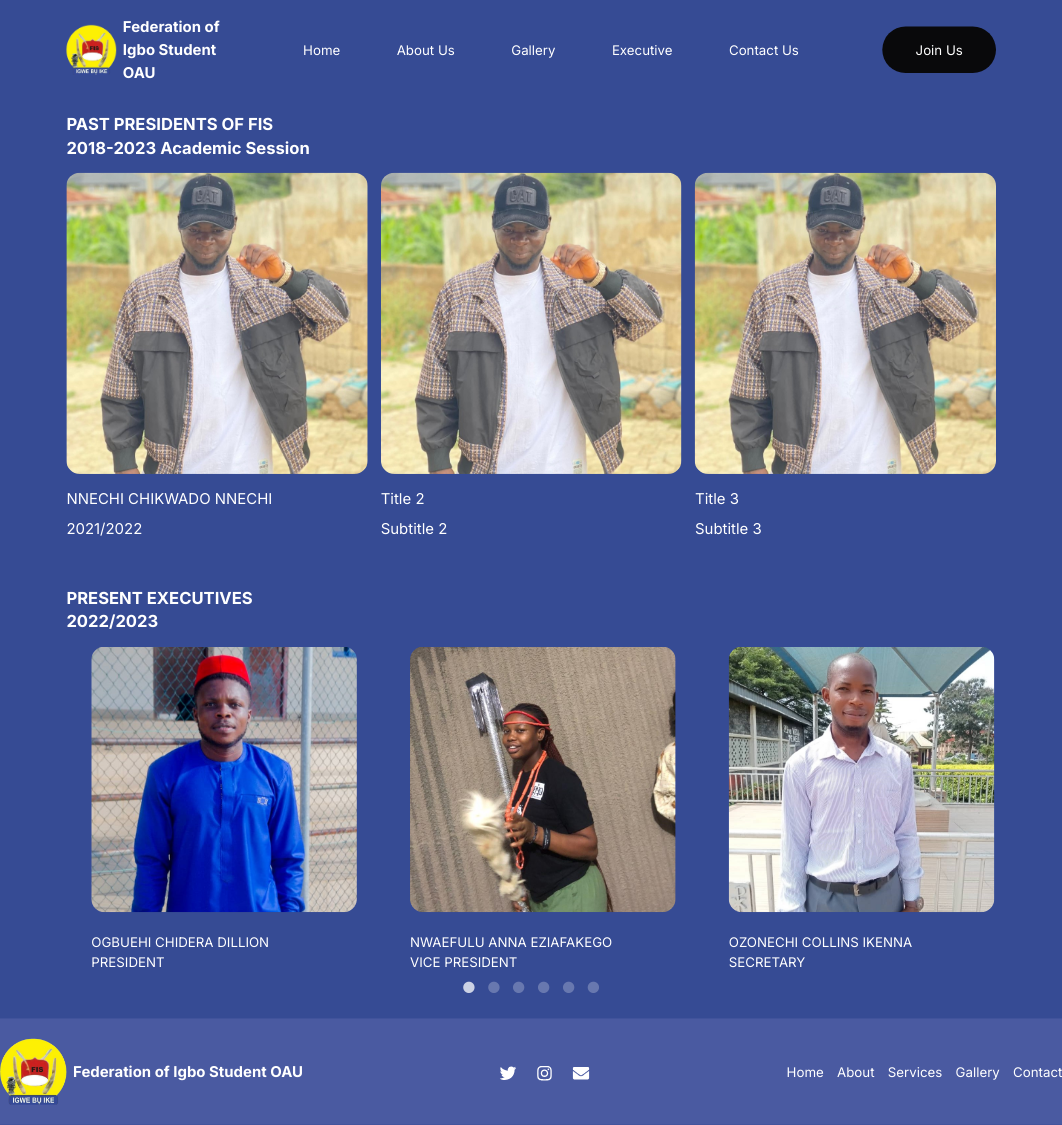
Repository: akinolapo/fis
Page: /executive
The author's editor kept a copy of each file at every save. The page is drawn from the files as they stood at one save, then again after a run of saves.
The browser window is 1280 px wide. The pictures show the whole page, at 83% of full size.
The project was rebuilt for these pictures with package versions that can differ from the ones it lists, and the page was loaded fresh each time. The framework's server and built-in components were replaced by stand-ins that run in the browser. Also part of the build but not shown: next.config.mjs.

Above is the page before, as saved 2024-05-06 23:10:32.

After the next 5 saves:
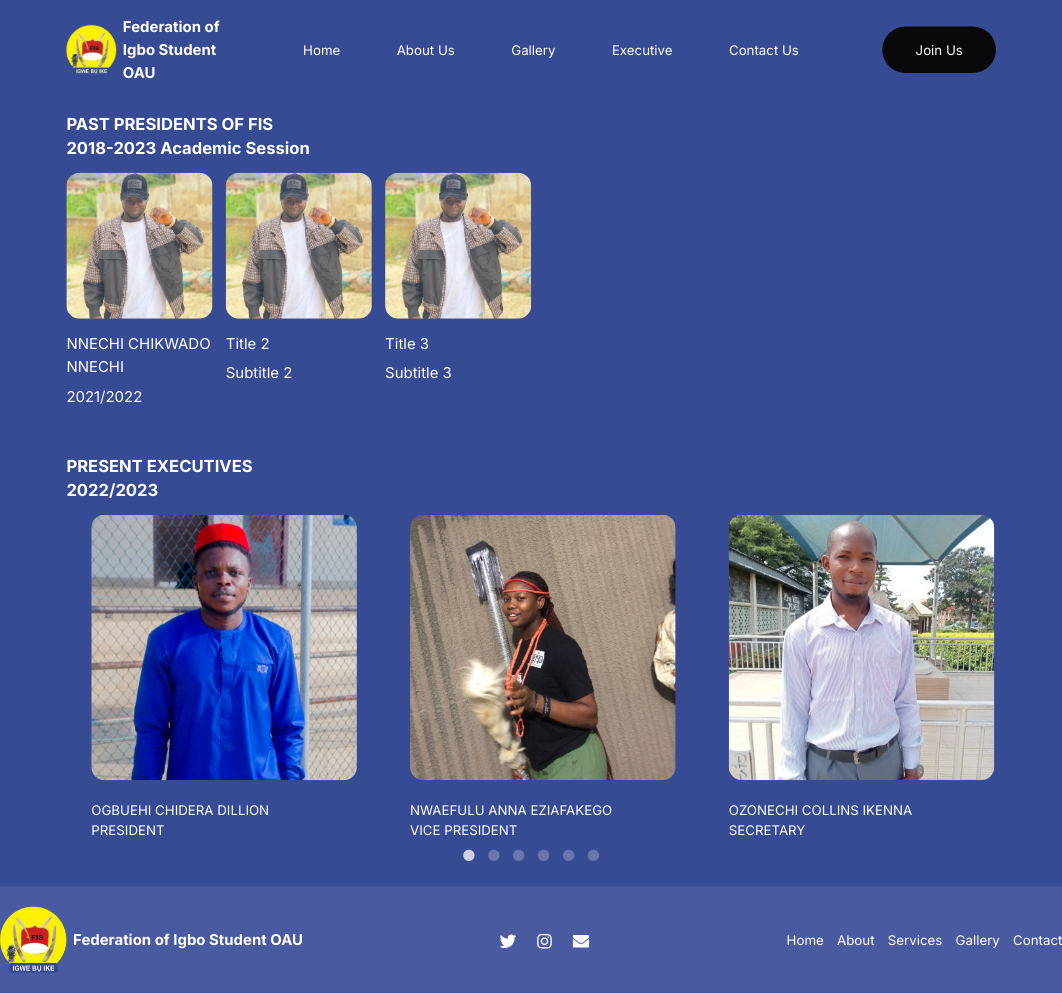
The 5 saves are shown as one change because they came seconds apart.
The last was saved 11 s later.
--- a/app/components/ImageTitle/ThreeImagesWithTitles.tsx
+++ b/app/components/ImageTitle/ThreeImagesWithTitles.tsx
@@ -4,7 +4,7 @@
 const ThreeImagesWithTitles: React.FC = () => {
   return (
     <div className="container mx-auto pb-8">
-      <div className="flex gap-4 flex-col md:flex-row md">
+      <div className="flex gap-4 flex-col md:flex-row md:w-1/2">
         <ImageWithTitle
           imageSrc="/images/exc1.jpeg"
           title="NNECHI CHIKWADO NNECHI "

After the save that followed:
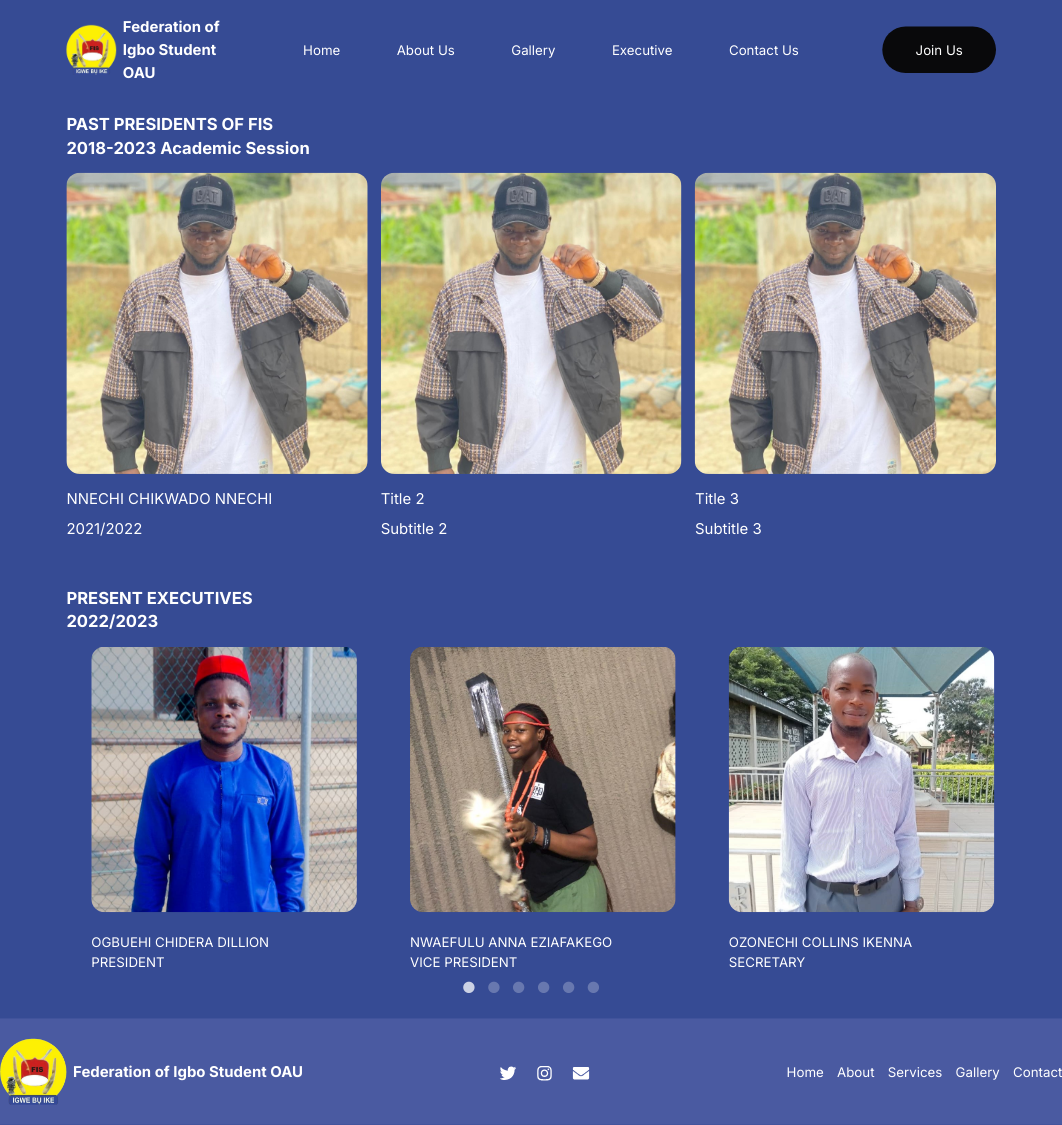
Saved 15 s later.
--- a/app/components/ImageTitle/ThreeImagesWithTitles.tsx
+++ b/app/components/ImageTitle/ThreeImagesWithTitles.tsx
@@ -4,7 +4,7 @@
 const ThreeImagesWithTitles: React.FC = () => {
   return (
     <div className="container mx-auto pb-8">
-      <div className="flex gap-4 flex-col md:flex-row md:w-1/2">
+      <div className="flex gap-4 flex-col md:flex-row">
         <ImageWithTitle
           imageSrc="/images/exc1.jpeg"
           title="NNECHI CHIKWADO NNECHI "
